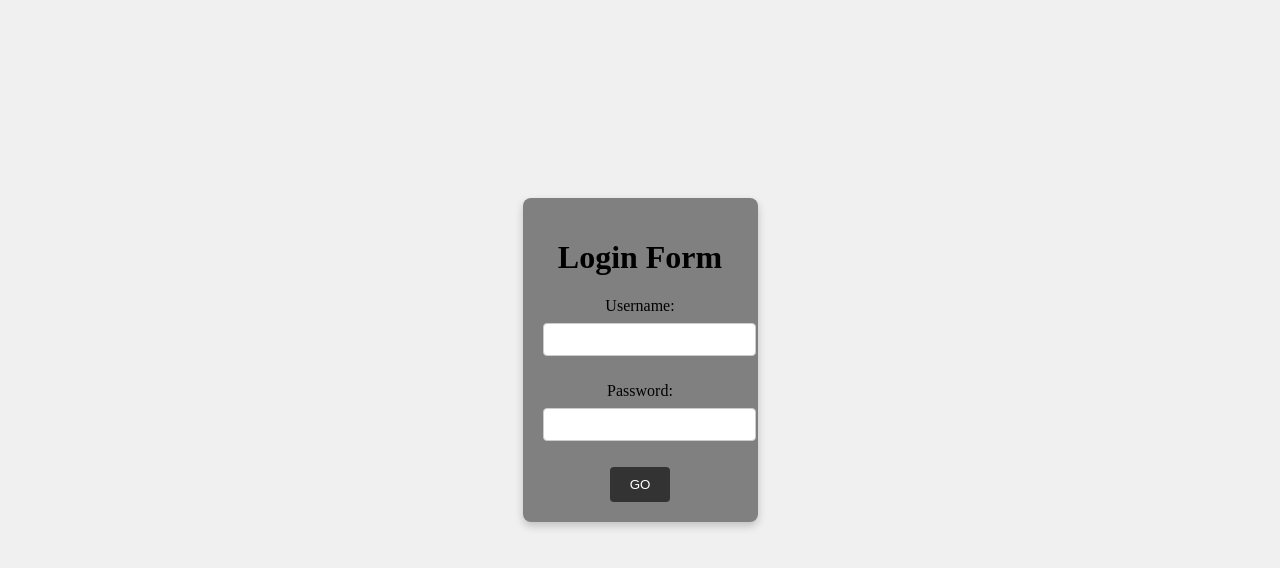
Repository: VIJAYkollu-7568/rakhi
Page: jsp/src/main/webapp/login.html
An editor plug-in stored every save of this project. The page is shown before and after the next save, followed by the edit.
The browser window is 1280 px wide. The pictures show the whole page.

Above is the page before, as saved 2024-11-07 09:06:58.

### jsp/src/main/webapp/login.html
<!DOCTYPE html>
<html lang="en">
<head>
    <meta charset="UTF-8">
    <meta name="viewport" content="width=device-width, initial-scale=1.0">
    <title>Login</title>
    <style>
        body {
            display: flex;
            align-items: center;
            justify-content: center;
            min-height: 100vh;
            margin: 0;
            background-color: #f0f0f0;
        }
        form {
            background-color: #808080;
            padding: 20px;
            border-radius: 8px;
            text-align: center;
            box-shadow: 0 4px 8px rgba(0, 0, 0, 0.2);
        }
        input[type="text"], input[type="password"] {
            width: 100%;
            padding: 8px;
            margin: 8px 0;
            border: 1px solid #ccc;
            border-radius: 4px;
        }
        button {
            padding: 10px 20px;
            color: #fff;
            background-color: #333;
            border: none;
            border-radius: 4px;
            cursor: pointer;
        }
        button:hover {
            background-color: #555;
        }
    </style>
</head>
<body>
    <form action="login.jsp">
        <h1>Login Form</h1>
        <label for="username">Username:</label><br>
        <input type="text" id="username" name="username" required><br><br>
        <label for="password">Password:</label><br>
        <input type="password" id="password" name="password" required><br><br>
        <button type="submit">GO</button>
    </form>
</body>
</html>

After the next save:
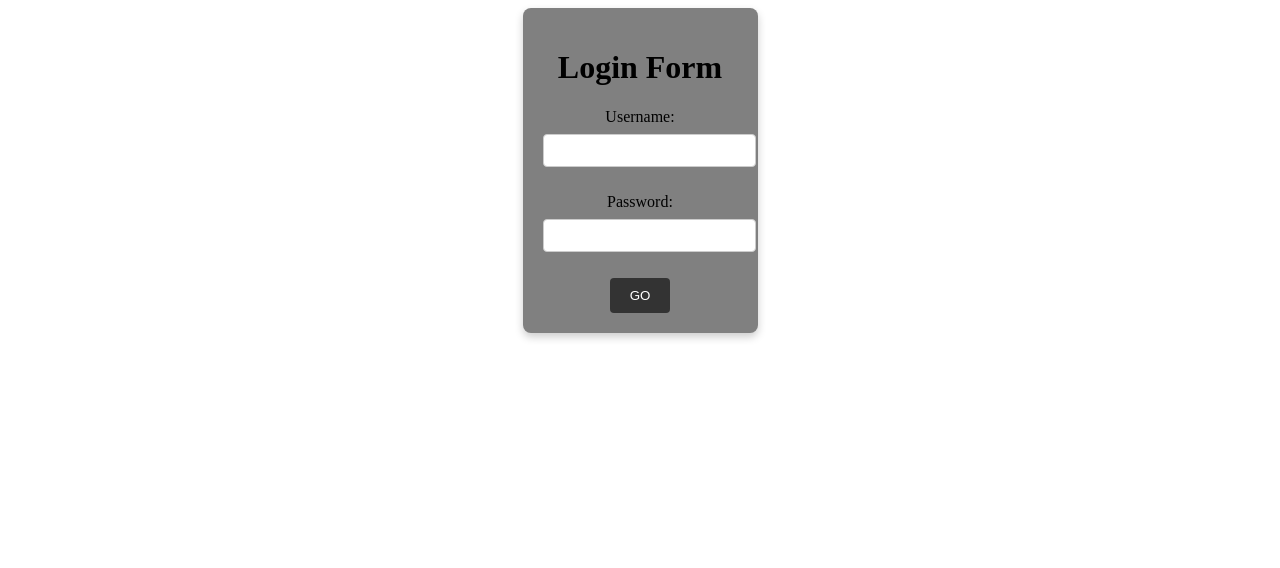
Saved 26 s later.
--- a/jsp/src/main/webapp/login.html
+++ b/jsp/src/main/webapp/login.html
@@ -9,9 +9,8 @@
             display: flex;
             align-items: center;
             justify-content: center;
-            min-height: 100vh;
-            margin: 0;
-            background-color: #f0f0f0;
+
+
         }
         form {
             background-color: #808080;
